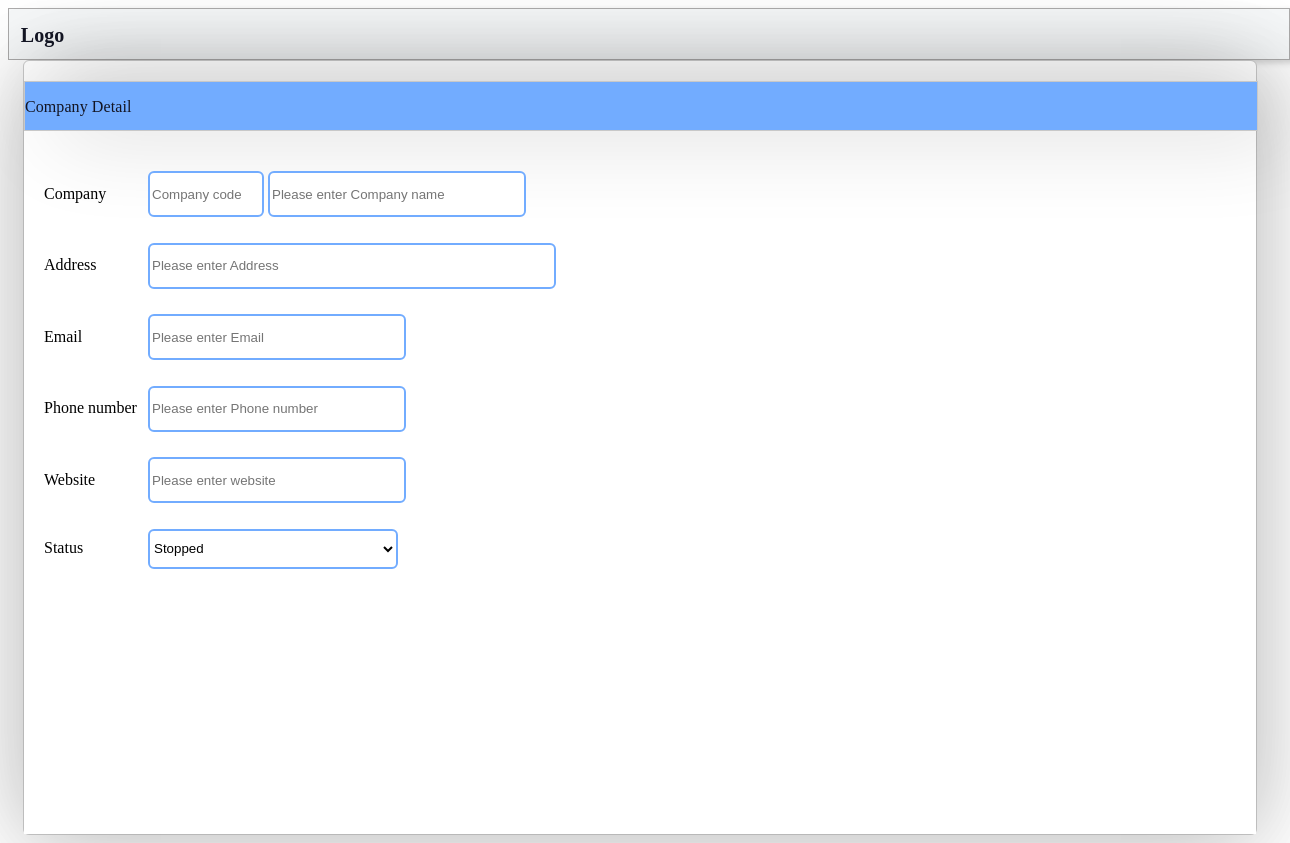
Repository: Zain1409/company
Page: client/html/CompanyDetail.html
These files come from the project's save history. The page is drawn as it stood at one moment and after the next save; the edit follows.
The browser window is 1280 px wide. The page is 1290 px wide, so the pictures cover 1290 px, including what lies to the right of the window. The pictures show the whole page.

Above is the page before, as saved 2021-04-04 21:33:53.

After the next save:
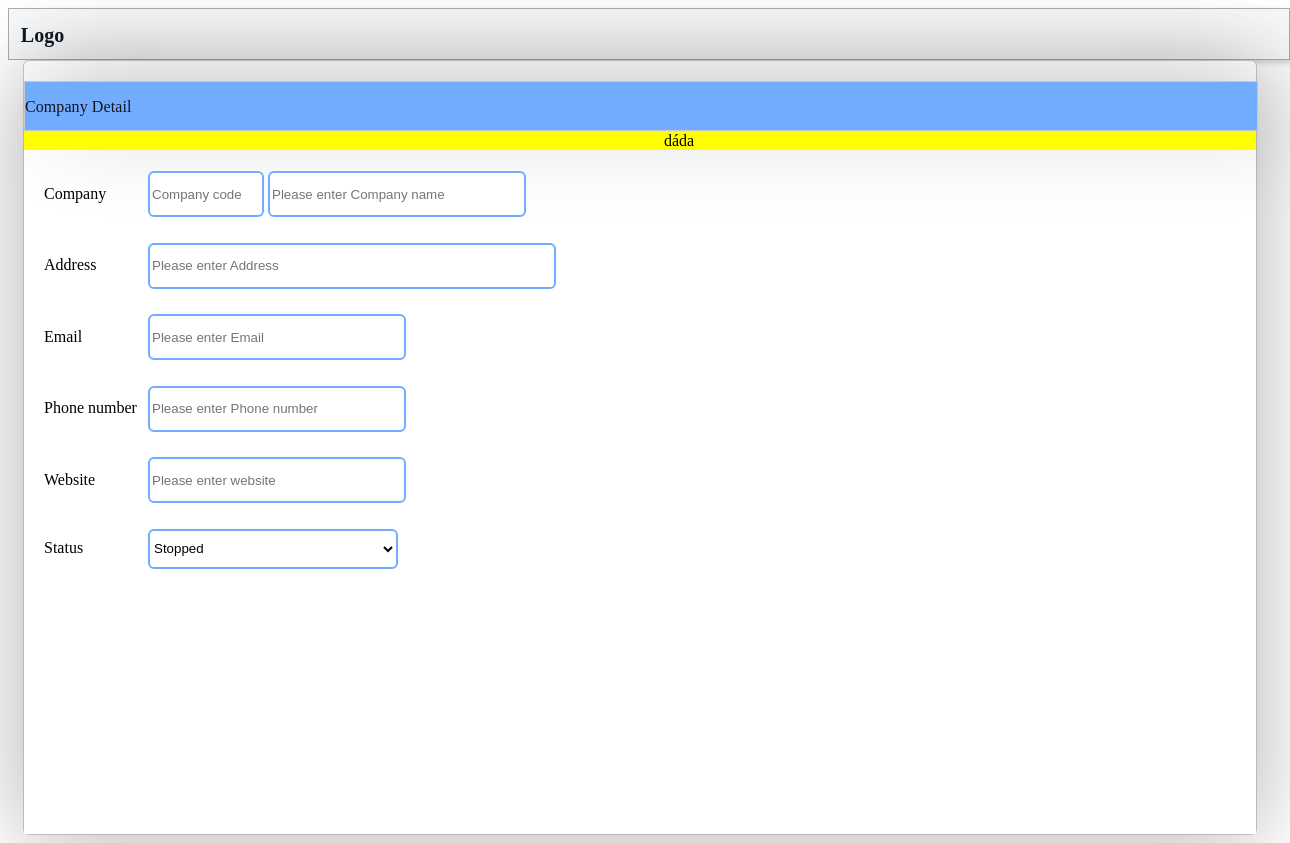
Saved 13 s later.
--- a/client/html/CompanyDetail.html
+++ b/client/html/CompanyDetail.html
@@ -40,6 +40,9 @@
                     </select>
                 </select>
             </form>
+            <div id="footer">
+                    dáda
+            </div>
         </div>
     </div>
 </body>
